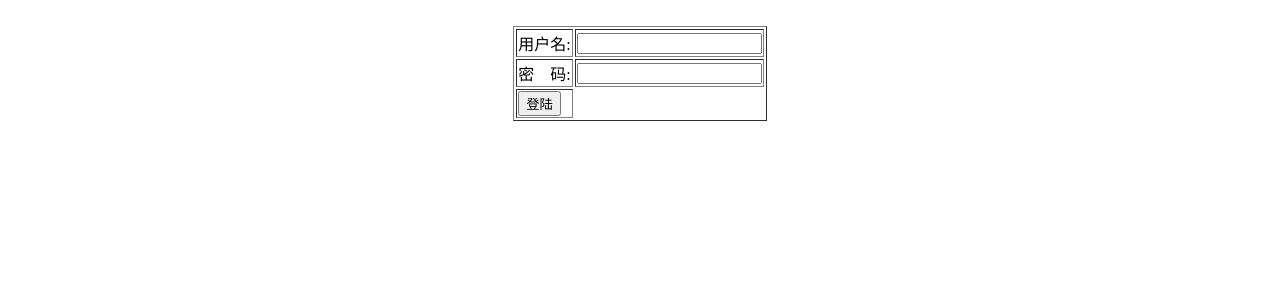
Repository: YuHaoXiang/Yhx
Page: http://localhost/StudentMsg/login.jsp
These files come from the project's save history. The page is drawn as it stood at one moment and after the next save; the edit follows.
The browser window is 1280 px wide. The pictures show the whole page.
The page is served by Tomcat 9. Other server files are loaded and not shown.

Above is the page before, as saved 2016-03-07 03:29:56.

### StudentMsg/WebContent/login.jsp
<%@page import="java.sql.*"%>
<%@ page language="java" contentType="text/html; charset=utf-8"
    pageEncoding="utf-8"%>
<!DOCTYPE html PUBLIC "-//W3C//DTD HTML 4.01 Transitional//EN" "http://www.w3.org/TR/html4/loose.dtd">
<html>
<head>
<meta http-equiv="Content-Type" content="text/html; charset=utf-8">
<title>用户登陆</title>
</head>
<body>
<center>
<form action="/StudentMsg/DBConnectionServlet" method="get" >
	<table border="1">
		<tr><td>用户名:</td><td><input type="text" name="username" ></td></tr>
		<tr><td>密 &nbsp; &nbsp;码:</td><td><input type="password" name="userpwd" ></td></tr>
		<tr> &nbsp; &nbsp; &nbsp;<td><input type="submit"  value="登陆" ></td></tr>
	</table>

</form>
</center>
</body>
</html>

After the next save:
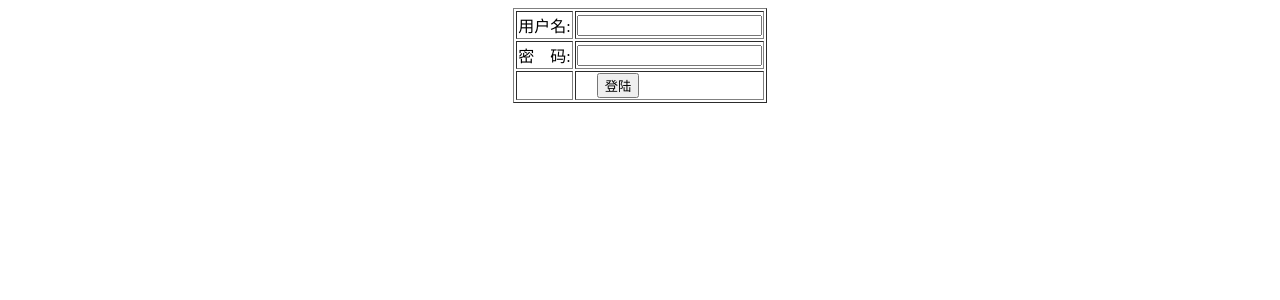
Saved 34 s later.
--- a/StudentMsg/WebContent/login.jsp
+++ b/StudentMsg/WebContent/login.jsp
@@ -13,7 +13,7 @@
 	<table border="1">
 		<tr><td>用户名:</td><td><input type="text" name="username" ></td></tr>
 		<tr><td>密 &nbsp; &nbsp;码:</td><td><input type="password" name="userpwd" ></td></tr>
-		<tr> &nbsp; &nbsp; &nbsp;<td><input type="submit"  value="登陆" ></td></tr>
+		<tr><td></td><td> &nbsp; &nbsp; &nbsp;<input type="submit"  value="登陆" ></td></tr>
 	</table>
 
 </form>
